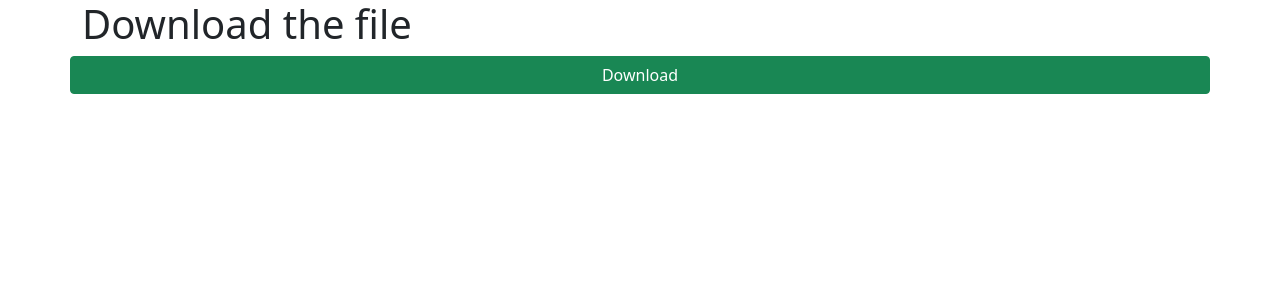
Repository: hselbie/courserator
Page: http://localhost/
The author's editor kept a copy of each file at every save. The page is drawn from the files as they stood at one save, then again after the next save.
The browser window is 1280 px wide. The pictures show the whole page.
The page is served by the project's application, run on Flask 3 (app.py).

Above is the page before, as saved 2023-08-16 22:19:00.

After the next save:
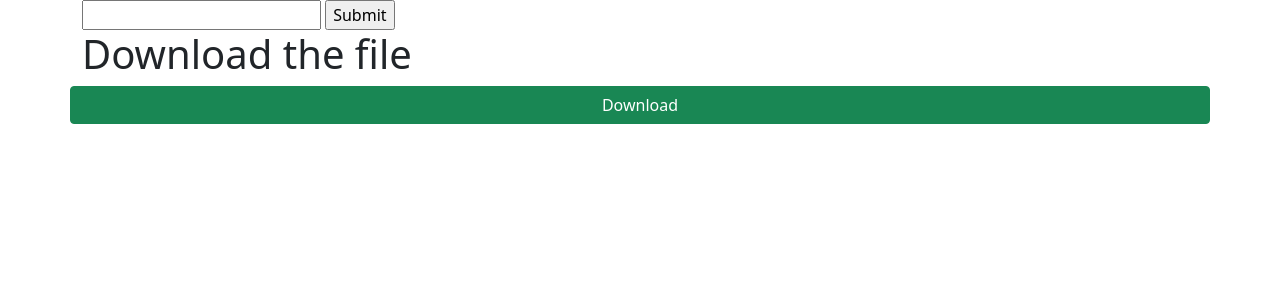
Saved 2 min 11 s later.
--- a/templates/index.html
+++ b/templates/index.html
@@ -14,6 +14,10 @@
   <body>
     <div class="container">
         <div class="row">
+          <form method="POST">
+            <input name="text">
+            <input type="submit">
+          </form>
             <h1>Download the file</h1>
             <a class="btn btn-success" href="{{url_for('download')}}">Download</a>
         </div>
